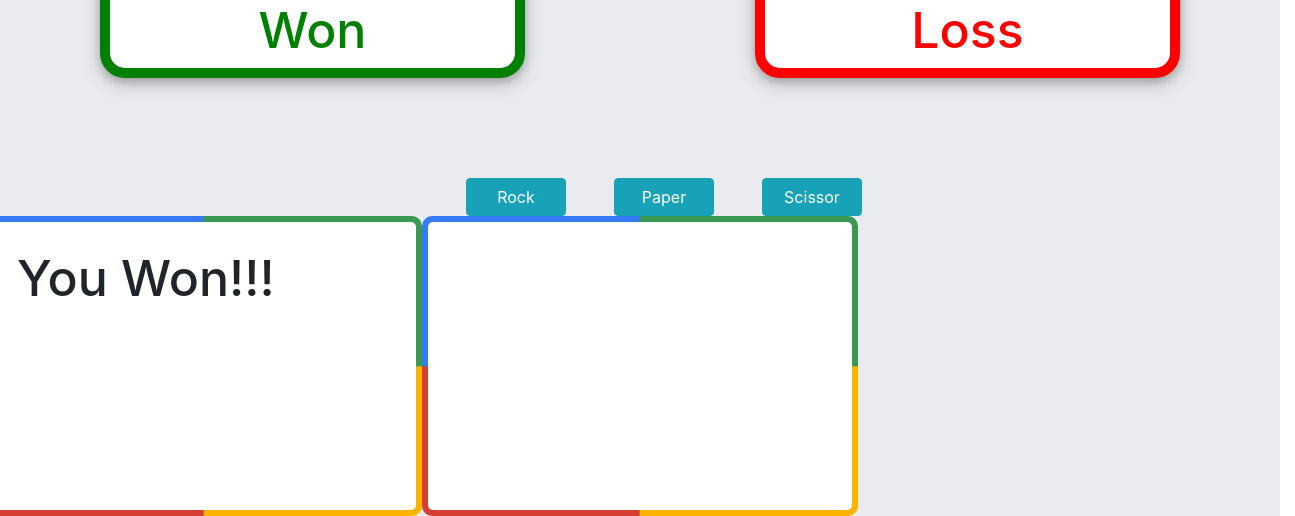
Repository: tts2610/React-Intro
Page: /
The author's editor kept a copy of each file at every save. The page is drawn from the files as they stood at one save, then again after the next save.
The browser window is 1280 px wide. The page is 1295 px wide, so the pictures cover 1295 px, including what lies to the right of the window. The pictures show the part of the page from y = 428 to 944 px (the page is 944 px tall).
Some web libraries are served in a nearby version. The project was rebuilt for these pictures with package versions that can differ from the ones it lists, and the page was loaded fresh each time. Also part of the build but not shown: src/components/History.js.

Above is the page before, as saved 2020-05-26 23:08:26.

After the next save:
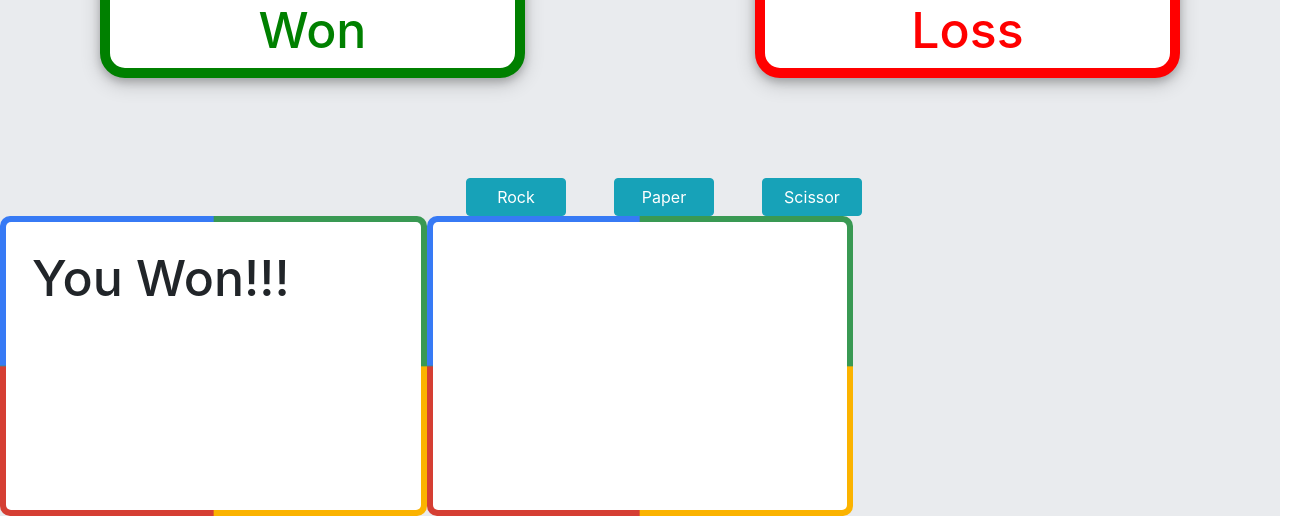
Saved 8 s later.
--- a/src/App.js
+++ b/src/App.js
@@ -72,7 +72,7 @@ export default class App extends Component{
         <Button type="paper" handleClick={this.handleClick}/>
         <Button type="scissor" handleClick={this.handleClick}/>
         </div>
-        <div className="row">
+        <div className="row mx-auto">
           <div className="col-md-4 rainbow">
           <Result result={[this.state.me.winner,this.state.computer.winner]}/>
           </div>
